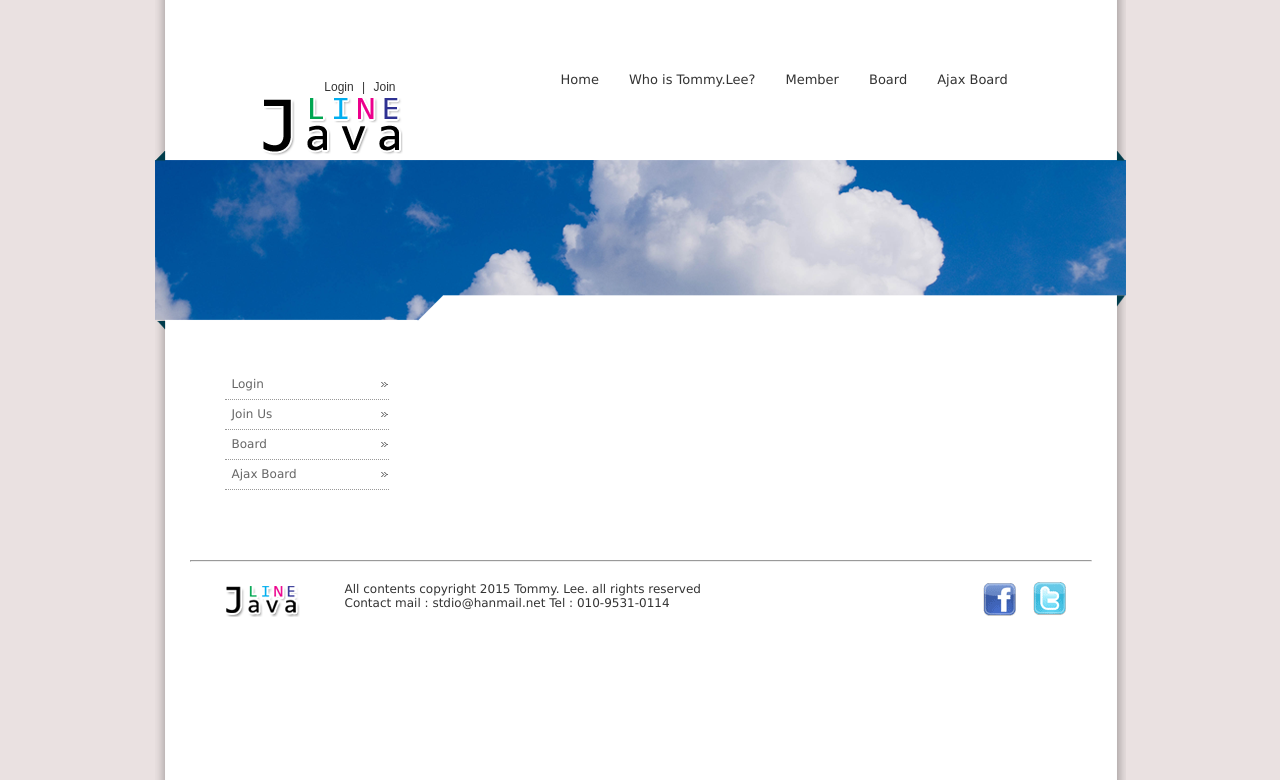
Repository: JIYEON25/HTML-CSS-JS
Page: myJSP/myHTML/src/main/webapp/default.html
An editor plug-in stored every save of this project. The page is shown before and after the next save, followed by the edit.
The browser window is 1280 px wide. The pictures show the whole page.

Above is the page before, as saved 2023-09-07 01:52:19.

### myJSP/myHTML/src/main/webapp/default.html
<!DOCTYPE html>
<html lang="ko">
<head>
  <meta charset="UTF-8">
  <link rel="stylesheet" type="text/css" href="default.css">
  <link type="text/css" rel="stylesheet" href="css/subpage.css">
  <title>페이지 전체 구조</title>
</head>
<body>
<div id="warp">
  <header>
    <div id="logo">
    <div id="login"><a href="#">Login</a> | <a href="#">Join</a></div>
		<div class="clear"></div>
      <img src="images/logo.png" width="265" height="62" alt="Javaline Web">
    </div>
    <div>
    <nav id="top_menu">
		<ul>
			<li><a href="#">Home</a></li>
			<li><a href="#">Who is Tommy.Lee?</a></li>
			<li><a href="#">Member</a></li>
			<li><a href="#">Board</a></li>
			<li><a href="#">Ajax Board</a></li>
		</ul>
	</nav>
	</div>
	</header>
	<div id="sub_img"></div>
    <!--왼쪽의 서브메뉴가 들어가는 곳-->
  <nav id="sub_menu">
		<ul>
			<li><a href="#">Login</a>
			<li><a href="#">Join Us</a>
			<li><a href="#">Board</a>
			<li><a href="#">Ajax Board</a>
		</ul>
	</nav>
	<!--실제 내용 콘텐츠가 들어가는 곳-->
	<article>
		<div class="clear"></div>
	</article>
	<!-- 푸터가 들어가는 곳 -->
	<footer>
		<hr>
		<div id="copy">
		All contents copyright 2015 Tommy. Lee. all rights reserved<br>
		Contact mail : stdio@hanmail.net Tel : 010-9531-0114
		</div>
		<div id="social">
		<img src="images/facebook.gif" width="33" height="33" alt="Facdebook">
		<img src="images/twitter.gif" width="33" height="34" alt="Twitter">
		</div>
	</footer>

 </div>
</body>
</html>

### myJSP/myHTML/src/main/webapp/css/default.css
@charset "UTF-8";

body{
	background-color:#eae1e1;
	margin:0; padding:0; font-size:0.75em;
	line-height:1.2em; color:#333;
}

#warp{
	width:971px; /*각 웹페이지의 크기에 맞게 사이즈 조정*/
	text-align:left; margin:0;
	margin-right:auto; margin-left: auto;
	background-image:url(../05/images/shadow.png);
	background-repeat:repeat-y;
	min-height:780px;
}

#logo{
	float:left; width:265px; margin:60px 0 0 40px;
}

header{
	height:151px;
}

.clear {
	clear:both;
}

nav#top_menu{
	width:600px;
	margin:50px 20px 0 0;
	float:right;
}

nav#top_menu ul{
	list-style:none;
	font-family:Verdana, Geneva, sans-serif;
	font-size:13px; font-weight:100; color:#333;
}

nav#top_menu ul li{
	float:left; margin:0 5px;
}

nav#top_menu a{
	display:block; height:20px; padding:10px; text-decoration:none; color:#333;
}

nav#top_menu a:hover{
	background-image:url(../05/images/blue.gif);
	background-repeat:repeat-x;
	background-position:bottom;
}

#login{
	float:right; margin:20px 64px 0 0; font-family:Arial, Helvetica, sans-serif;
	font-size:12px; word-spacing:5px;
}

#login a{
	text-decoration:none; color:#333;
}

#login a:hover{
	color:#F90;
}

footer{
	margin:50px 0 0 0; height:80px;
	background-image:url(../05/images/under_logo.png);
	background-repeat:no-repeat;
	background-position:40px center;
}

footer hr{
	width:900px; margin:0 0 0 35px;
}

footer #copy{
	font-family:Verdana, Geneva, sans-serif;
	width:450px; margin:20px 0 0 190px; float:left;
}

footer #social{
	width:130px; margin:20px 20px 0 0; float:right;
}

footer #social img{
	margin:0 7px;
}

#sub_menu{
	width:238px; float:left; margin:20px;
	font-family:Verdana, Geneva, sans-serif;
	font-size:1em;
}

#sub_menu ul{
	margin:20px 0 0 10px; list-style:none;
}

#sub_menu a{
	text-decoration:none; color:#666; display:block;
	height:15px; width:150px; padding:7px;
	border-bottom-width: 1px;
	border-bottom-style: dotted;
	border-bottom-color:#999;
	background-image: url(../05/images/bullet.gif);
	background-repeat:no-repeat;
	background-position:right center;
}

#sub_menu a:hover{
	background-image:url(../05/images/bullet_orange.gif);
	background-repeat:no-repeat;
	background-position:right center;
	color:#F90;
}

#sub_img{
	width:971px; height:179px;
	background-image:url(images/sub_back.png);
	background-repeat:no-repeat;
	background-position:left top;
}

### myJSP/myHTML/src/main/webapp/css/subpage.css
@charset "UTF-8";

After the next save:
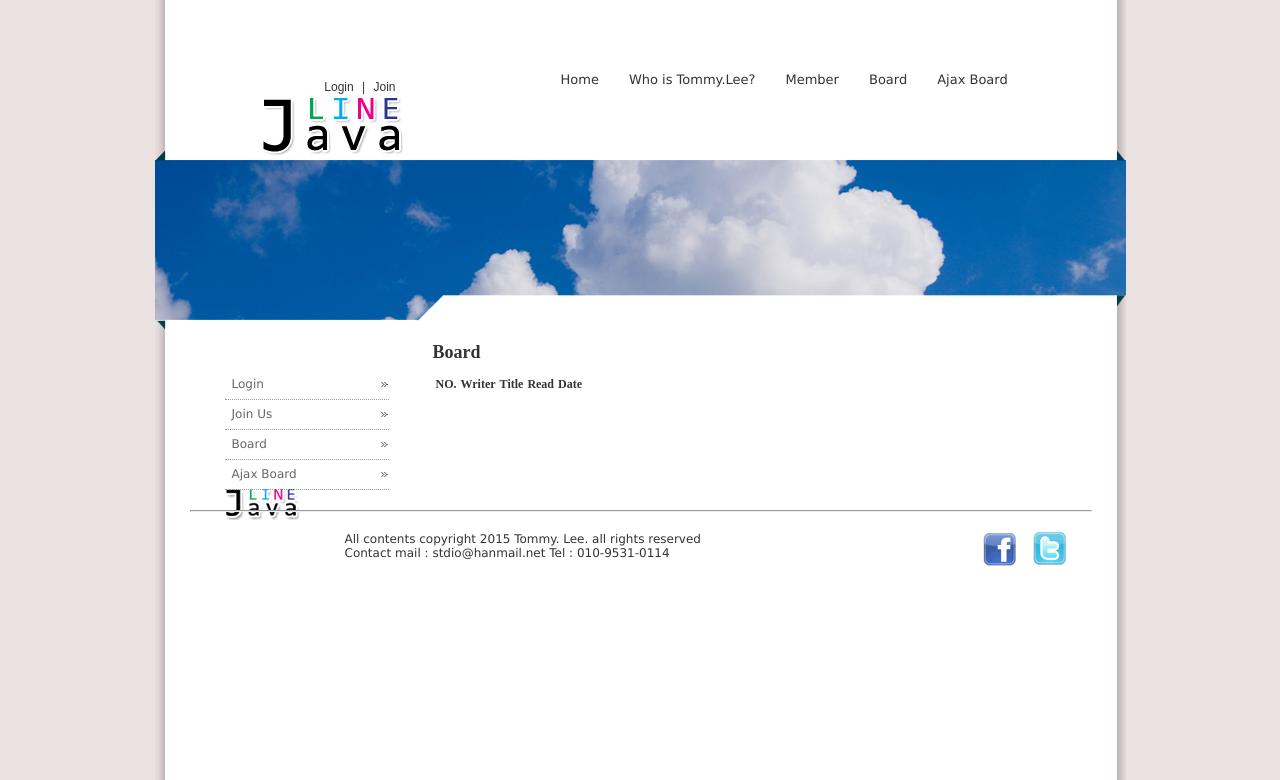
Saved 12 min 11 s later.
--- a/myJSP/myHTML/src/main/webapp/default.html
+++ b/myJSP/myHTML/src/main/webapp/default.html
@@ -38,7 +38,23 @@
 	</nav>
 	<!--실제 내용 콘텐츠가 들어가는 곳-->
 	<article>
-		<div class="clear"></div>
+		<h1>Board</h1>
+		<table id="board">
+			<tr>
+				<th class="tno">NO.</th>
+				<th class="twriter">Writer</th>
+				<th class="ttitle">Title</th>
+				<th class="tread">Read</th>
+				<th class="tdate">Date</th>
+			</tr>
+			<tr>
+				<td>&nbsp</td>
+				<td>&nbsp</td>
+				<td class="left">&nbsp</td>
+				<td>&nbsp</td>
+				<td>&nbsp</td>
+			</tr>
+		</table>
 	</article>
 	<!-- 푸터가 들어가는 곳 -->
 	<footer>
